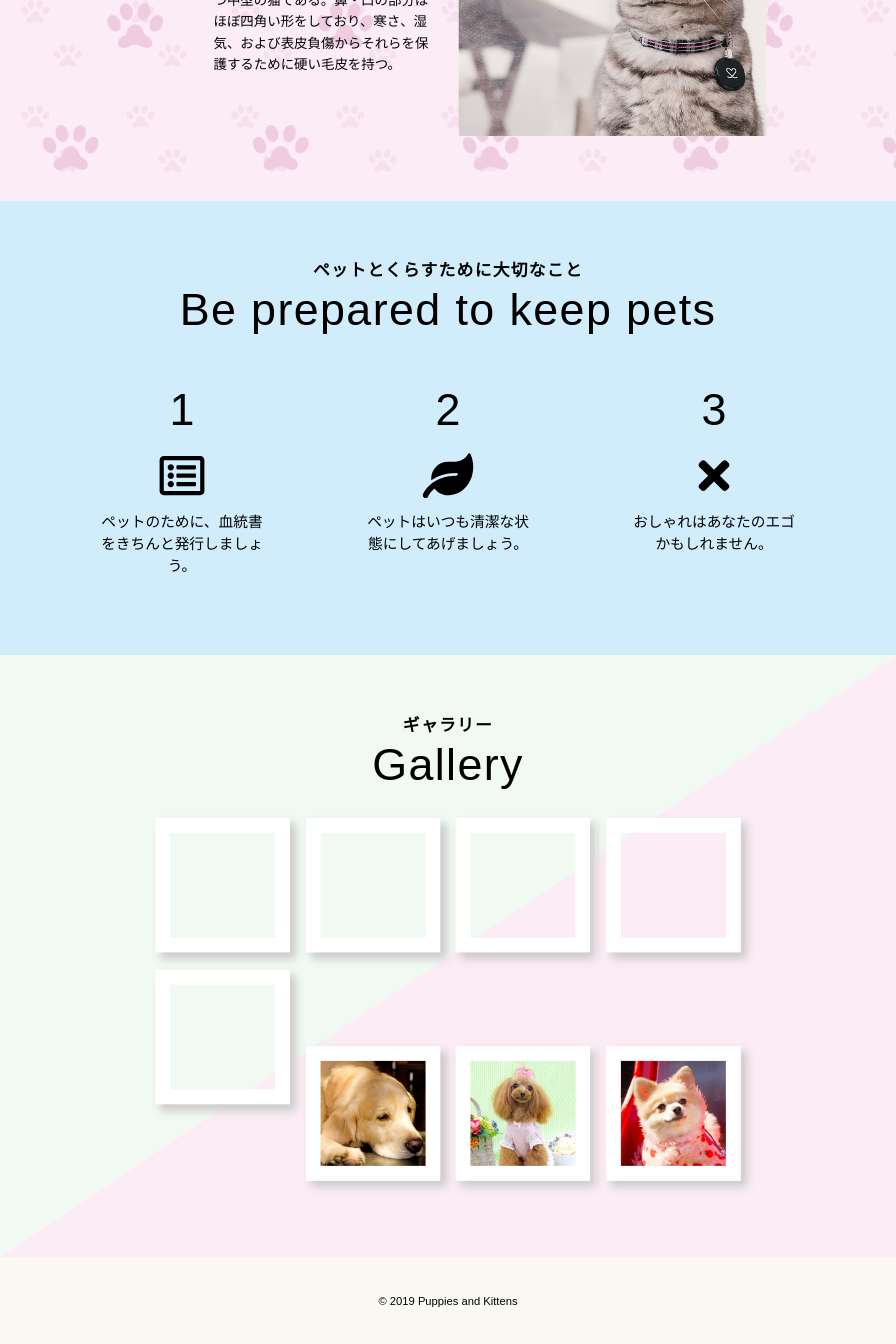
Repository: taekowithrowgit/frontend
Page: environment/api/add-api/rich-site/index.html
The author's editor kept a record of every edit. The page is drawn from the files as they stood at one moment, then again after the next edit.
The browser window is 1280 px wide. The pictures show the part of the page from y = 1962 to 3882 px (the page is 3882 px tall), at 70% of full size.
A picture or video elsewhere on the page could not be fetched, so the positions and the page height are approximate. The page's requests for data from a server got no answer. Some web fonts or font styles are not loaded; a fallback is used.

Above is the page before.

After the next edit:
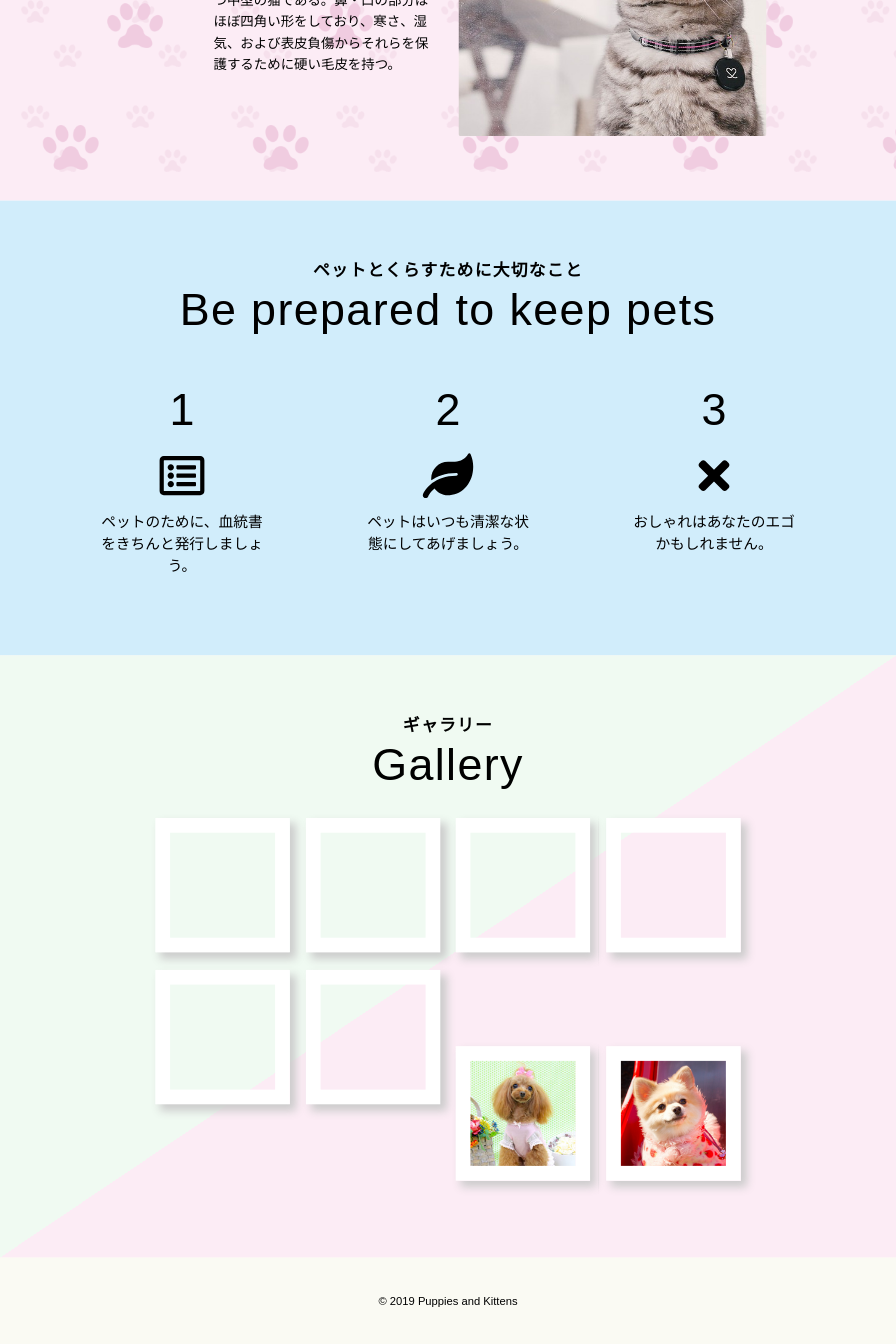
The edit:
--- a/environment/api/add-api/rich-site/index.html
+++ b/environment/api/add-api/rich-site/index.html
@@ -362,9 +362,9 @@
         <!--</a>-->
       </div>
       <div class="image-gallery__item">
-        <a class="d-inline-block" href="img/puppy2.jpg">
-          <img class="img-fluid" src="img/gallery-thumbnail/puppy2.jpg" width="150" height="150" alt="レトリバー">
-        </a>
+        <!--<a class="d-inline-block" href="img/puppy2.jpg">-->
+        <!--  <img class="img-fluid" src="img/gallery-thumbnail/puppy2.jpg" width="150" height="150" alt="レトリバー">-->
+        <!--</a>-->
       </div>
       <div class="image-gallery__item">
         <a class="d-inline-block" href="img/puppy3.jpg">
